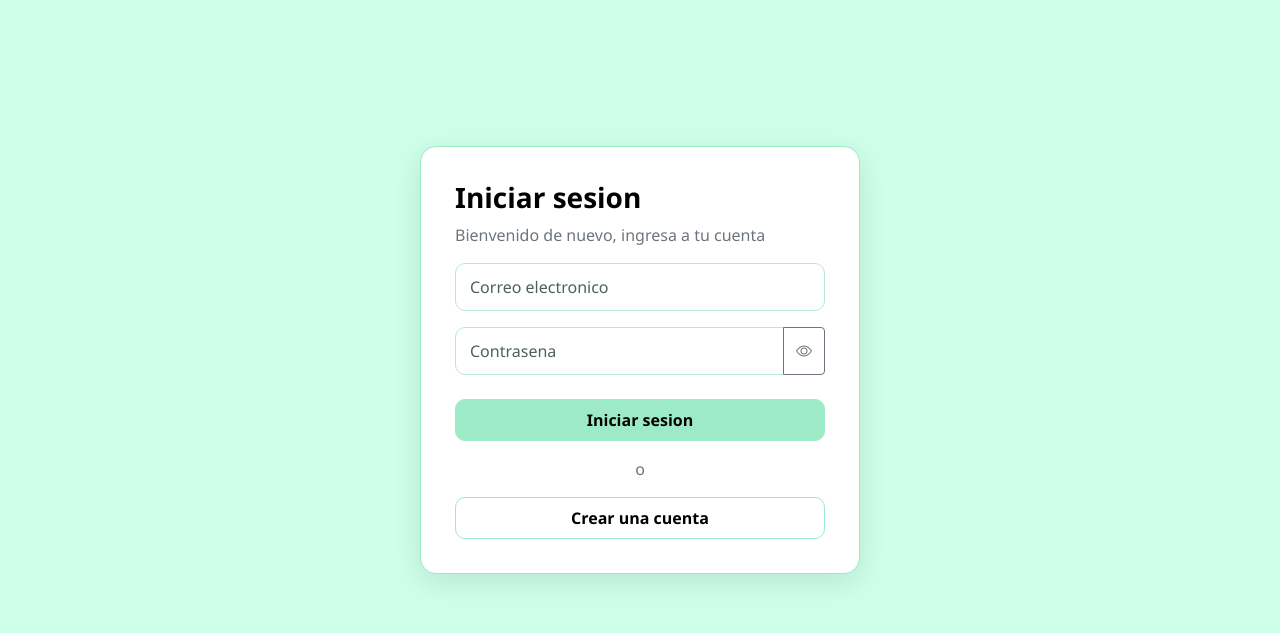
Repository: Jersxn2007/CCSS
Page: http://localhost/login
These files come from the project's save history. The page is drawn as it stood at one moment and after the next save; the edit follows.
The browser window is 1280 px wide. The pictures show the whole page.
The page is this project's Thymeleaf template; nobody is signed in. The template is opened directly, without the code that normally fills it, so the values that code supplies are empty.

Above is the page before, as saved 2026-10-15 03:14:07.

After the next save:
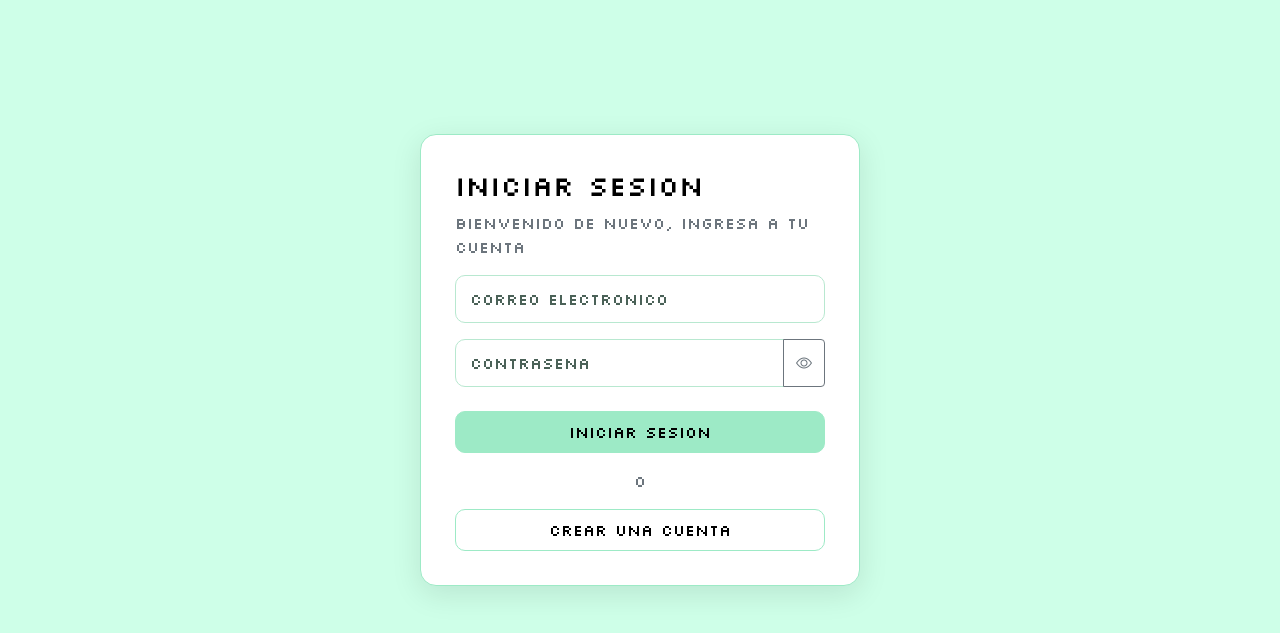
Saved 91 s later.
--- a/SkySlow/src/main/resources/static/css/style.css
+++ b/SkySlow/src/main/resources/static/css/style.css
@@ -24,6 +24,7 @@
    ========================================= */
 
 :root {
+	--sf-font: 'SkyFlowFont', sans-serif;
     --sf-black: #000000;
     --sf-mint: #9DEAC6;
     --sf-mint-light: #CEFFE8;
@@ -52,7 +53,7 @@
 body {
     background: var(--sf-bg);
     color: var(--sf-text);
-    font-family: "Segoe UI", Roboto, sans-serif;
+	font-family: var(--sf-font);
     margin: 0;
 }
 
